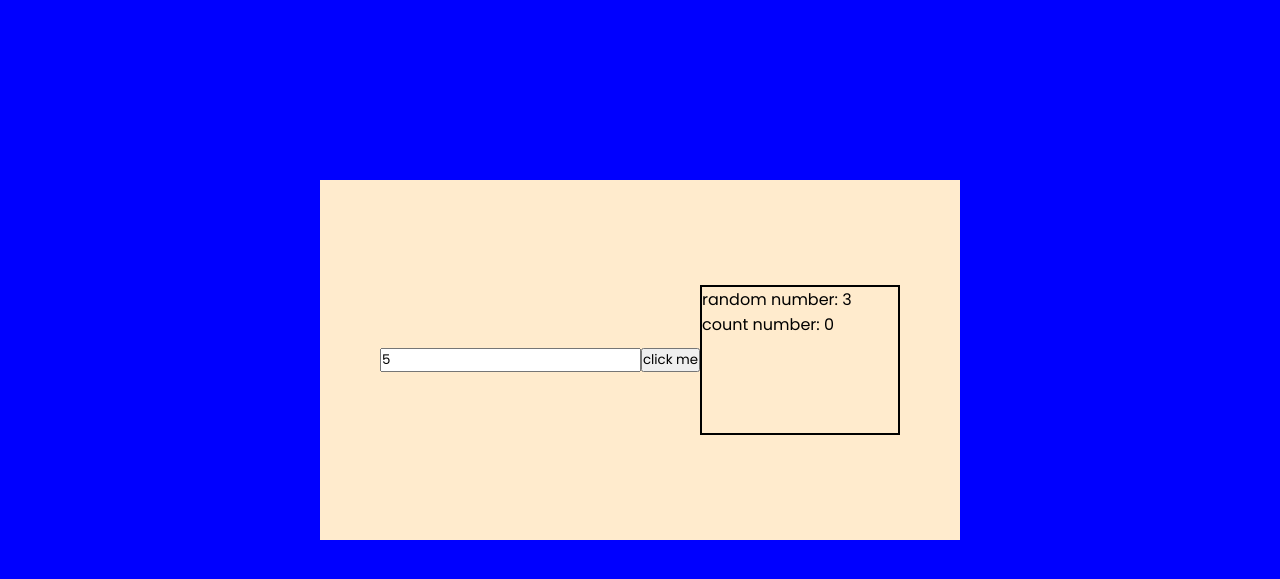
Repository: NarekTovmasyan/promise
Page: inex.html
An editor plug-in stored every save of this project. The page is shown before and after the next save, followed by the edit.
The browser window is 1280 px wide. The pictures show the whole page.
Empty fields were first filled with sample values (such as "Sample", 5 or name@example.com).
After loading, the first visible `#button` was clicked once.

Above is the page before, as saved 2022-02-21 22:59:19.

After the next save:
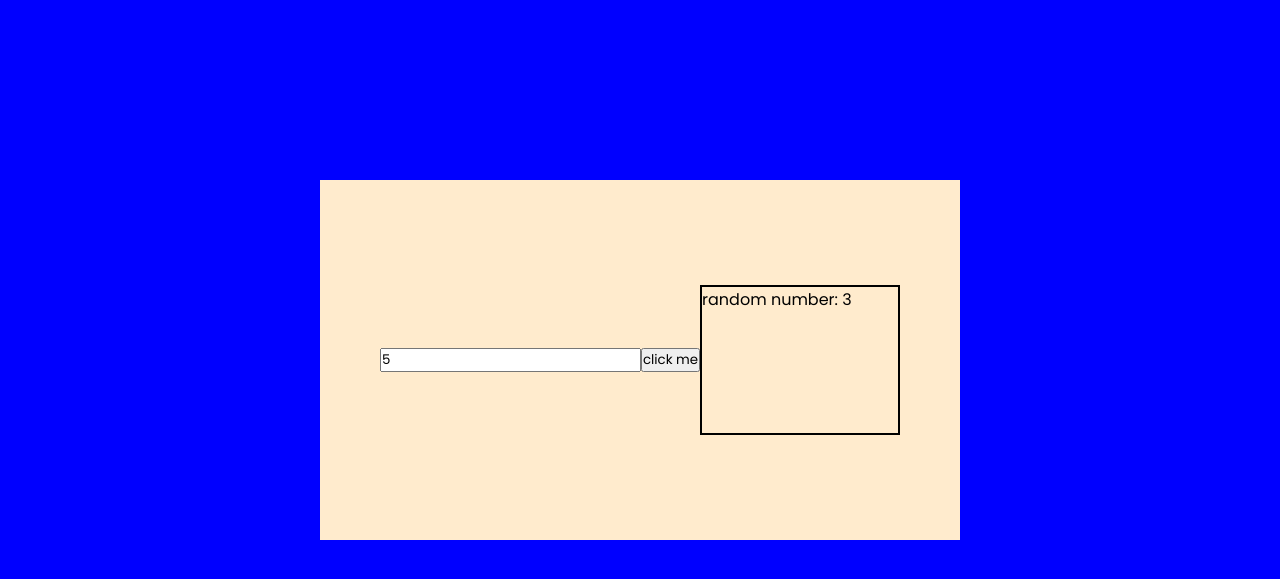
Console error: TypeError: p2Text.innerText is not a function
Saved 2 min 28 s later.
--- a/script.js
+++ b/script.js
@@ -74,5 +74,5 @@
     } else {
         count += 0;
     }
-    p1Text.insertAdjacentHTML('afterend', "count number: " + count++);
+    p2Text.innerText("count number: " + count);
 })

After the save that followed:
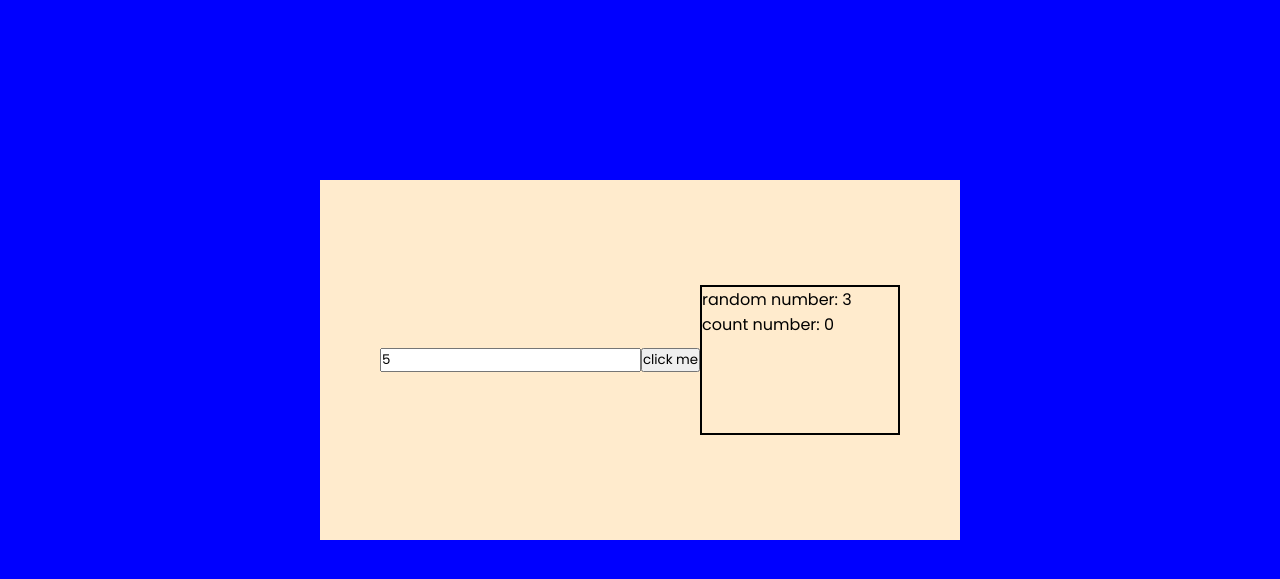
The error is gone.
Saved 14 s later.
--- a/script.js
+++ b/script.js
@@ -74,5 +74,5 @@
     } else {
         count += 0;
     }
-    p2Text.innerText("count number: " + count);
+    p2Text.innerText = "count number: " + count;
 })
